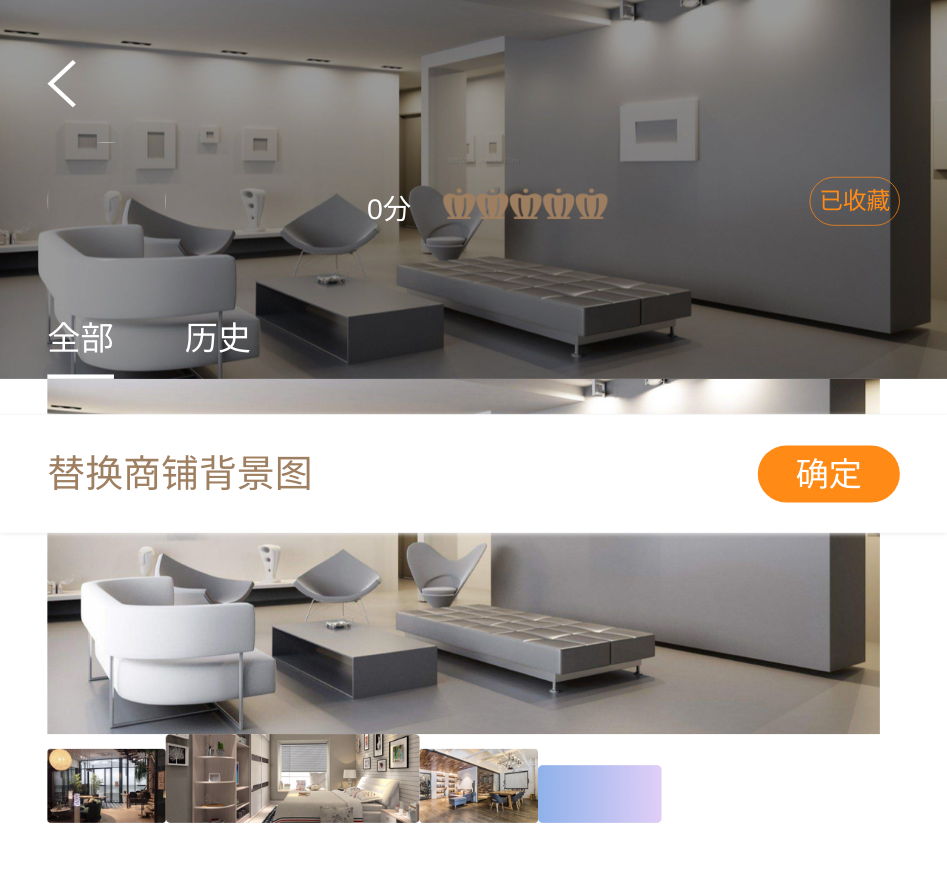
Repository: missing-star/rockBridge
Page: shop-set-bg.html
An editor plug-in stored every save of this project. The page is shown before and after the next save, followed by the edit.
The browser window is 1280 px wide. The pictures show the whole page, at 74% of full size.

Above is the page before, as saved 2019-05-16 17:48:40.

### shop-set-bg.html
<!DOCTYPE html>
<html lang="en">

<head>
    <meta charset="UTF-8">
    <meta name="viewport" content="width=device-width, initial-scale=1.0, user-scalable=no,maximum-scale=1.0">
    <meta http-equiv="X-UA-Compatible" content="ie=edge">
    <meta http-equiv="Expires" content="0">
    <meta http-equiv="Pragma" content="no-cache">
    <meta http-equiv="Cache-control" content="no-cache">
    <meta http-equiv="Cache" content="no-cache">
    <link rel="stylesheet" href="assets/mui/css/mui.min.css?v=1.2.6">
    <link rel="stylesheet" href="css/common.css?v=1.2.6">
    <link rel="stylesheet" href="css/shop-detail.css?v=1.2.6">
    <title>叠石桥</title>
    <!--
        店铺详情
    -->
</head>

<body>
    <div id="app">
        <!--顶部搜索栏-->
        <header class="mui-bar mui-bar-nav" :style="currentBg">
            <div class="bg-black">
                <div class="search-group">
                    <i onclick="goBack()" class="mui-icon mui-icon-arrowleft"></i>
                </div>
                <div class="shop-info">
                    <img :src="shopInfo.images" alt="" class="shop-logo">
                    <div class="shop-title">
                        <p class="shop-name">{{shopInfo.title}}</p>
                        <p class="shop-level">
                            <span class="shop-score">{{score}}分</span>
                            <span class="shop-level-icon">
                                <img v-for="n in score" class="img-level" src="imgs/crown-active.png" alt="">
                                <img class="img-level" v-for="n in (5-score)" src="imgs/crown.png" alt="">
                            </span>
                        </p>
                    </div>
                    <button class="follow active">
                        已收藏
                    </button>
                </div>
                <ul class="tab-list">
                    <li class="tab-item active" data-tab-id="0">全部</li>
                    <li class="tab-item" data-tab-id="1">历史</li>
                </ul>
            </div>
        </header>
        <div class="mui-content">
            <div class="tab-content" :class="{active:showTab == 0}">
                <img v-for="index in bgList" :src="getBg(index)" class="preview-item">
            </div>
            <div class="tab-content goods" :class="{active:showTab == 1}">

            </div>
        </div>
        <!-- 联系商家 -->
        <div class="contact-business-wrapper">
            <p class="phone-number-wrapper">
                <span class="phone-number">替换商铺背景图</span>
            </p>
            <a href="javascript:;" @click="changeBg" class="contact-business-btn">确定</a>
        </div>
    </div>
    <script src="assets/vue/vue.min.js?v=1.2.6"></script>
    <script src="assets/jquery/jquery.min.js?v=1.2.6"></script>
    <script src="assets/mui/js/mui.min.js?v=1.2.6"></script>
    <script src="js/common.js?v=1.2.6"></script>
    <script src="js/shop-set-bg.js"></script>
</body>

</html>

### css/common.css
html,
body,
.mui-content {
    font-size: calc(100vw / 20);
    background: #ffffff;
}
*{
    word-break: break-all;
}
div.mui-content {
    padding: 1rem;
}

header.mui-bar.mui-bar-nav {
    background: #ffffff;
    -webkit-box-shadow: none;
            box-shadow: none;
}

nav.mui-bar.mui-bar-tab {
    background: #ffffff;
    -webkit-box-shadow: 0 0 6px 0 rgba(0, 0, 0, 0.15);
            box-shadow: 0 0 6px 0 rgba(0, 0, 0, 0.15);
}

nva.mui-bar-tab span.mui-tab-label {
    color: #9d7e60;
}

.mui-bar-tab .mui-tab-item.mui-active {
    color: #5f4831;
}

img.mui-icon.nav-bar-icon.active {
    display: inline;
}

img.mui-icon.nav-bar-icon {
    display: none;
}

p {
    margin: 0;
}

input[type=color],
input[type=date],
input[type=datetime-local],
input[type=datetime],
input[type=email],
input[type=month],
input[type=number],
input[type=password],
input[type=search],
input[type=tel],
input[type=text],
input[type=time],
input[type=url],
input[type=week],
select,
textarea {
    margin-bottom: 0;
    width: auto;
    height: auto;
    border: none;
    -webkit-box-flex: 1;
        -ms-flex: 1;
            flex: 1;
    font-size: 0.8rem;
}

input::-webkit-input-placeholder {
    color: #c2c2c2;
}

nav.mui-bar.mui-bar-tab a.mui-tab-item {
    -ms-touch-action: none;
        touch-action: none;
    height: 100%;
}

nav.mui-bar.mui-bar-tab {
    height: 3rem;
}

.mui-bar-tab .mui-tab-item .mui-icon {
    top: 3px;
    width: 1.2rem;
    height: 1.2rem;
    padding-top: 0;
    padding-bottom: 0;
    margin-bottom: 0.1rem;
}

.mui-bar-tab .mui-tab-item .mui-icon~.mui-tab-label {
    font-size: 0.5rem;
    line-height: 1rem;
}

.mui-bar-tab~.mui-content {
    padding-top: 2.5rem;
    padding-bottom: 3rem;
}

button.submit {
    background: #9d7e60;
    width: 100%;
    border: none;
    border-radius: 1rem;
    font-size: 1rem;
    line-height: 1rem;
    color: #fff;
    margin-top: 1rem;
    height: 2rem;
}

button.mui-btn.mui-btn-blue.mui-poppicker-btn-ok,
button.mui-btn.mui-btn-blue {
    color: #ff8b16;
    background: transparent;
    border: none;
    font-size: 1rem;
}

.mui-poppicker-header,
.mui-dtpicker-header {
    border-radius: 0.3rem 0.3rem 0 0;
}

button.mui-btn.mui-poppicker-btn-cancel,
.mui-dtpicker-header button {
    color: #aaaaaa;
    border: none;
    background: transparent;
    font-size: 1rem;
}

button.mui-btn.mui-poppicker-btn-cancel>img,
.mui-dtpicker-header button>img {
    width: 1rem;
}

.mui-picker-inner,
.mui-picker {
    background: #fcfcfc;
    -webkit-mask-box-image: none;
    border-radius: 0 0 0.3rem 0.3rem;
}

.mui-poppicker-body {
    border: none;
    border-radius: 0 0 0.3rem 0.3rem;
}

button.mui-btn {
    color: #aaaaaa;
    border-color: #aaaaaa;
}

.mui-dtpicker-header {
    background: #ffffff;
}

.mui-dtpicker-title h5 {
    display: none;
}

span.mui-popup-button.mui-popup-button-bold {
    color: #FF8B16;
}

span.mui-popup-button {
    color: #aaaaaa;
}

[v-cloak] {
    display: none !important;
}

.mui-poppicker.mui-active,
.mui-dtpicker.mui-active {
    margin: 0.5rem;
    width: calc(100% - 1rem);
    border-radius: 0.3rem;
}

.popicker-title,
.dt-popicker-title {
    -webkit-box-flex: 1;
        -ms-flex: 1;
            flex: 1;
    text-align: center;
    font-size: 1rem;
    color: #000000;
}

.mui-poppicker-header,
.mui-dtpicker-header {
    display: -webkit-box;
    display: -ms-flexbox;
    display: flex;
    -webkit-box-align: center;
        -ms-flex-align: center;
            align-items: center;
    -webkit-box-pack: justify;
        -ms-flex-pack: justify;
            justify-content: space-between;
    background: #eeeeee;
}

.mui-pciker-list li {
    color: #b19c88;
}

.mui-pciker-list li.highlight {
    color: #5f4831;
}

.mui-pciker-rule-ft {
    z-index: 2;
    border-top: solid 1px #ced7de;
    border-bottom: solid 1px #ced7de;
}


input::-webkit-outer-spin-button,
input::-webkit-inner-spin-button {

    -webkit-appearance: none !important;
}

input[type="number"] {
    -moz-appearance: textfield;
}
.ellipsis{
    white-space: nowrap;
    overflow: hidden;
    text-overflow: ellipsis;
}
/* 联系商家 */
.contact-business-wrapper {
    position: fixed;
    bottom: 0;
    width: 100%;
    height: 2.5rem;
    background: #FFFFFF;
    border-top: 1px solid #f6f6f6;
    -webkit-box-shadow: 0 2px 6px 0 #EBEBEB;
            box-shadow: 0 2px 6px 0 #EBEBEB;
    display: -webkit-box;
    display: -ms-flexbox;
    display: flex;
    -webkit-box-align: center;
        -ms-flex-align: center;
            align-items: center;
    -webkit-box-pack: justify;
        -ms-flex-pack: justify;
            justify-content: space-between;
    padding: 0 1rem;
}
span.phone-number {
    color: #9e7f62;
    font-size: 0.8rem;
}
a.contact-business-btn {
    background: #ff8a16;
    color: #fff;
    font-size: 0.7rem;
    border-radius: 1rem;
    padding: 0.1rem 0.8rem;
    line-height: 1rem;
}
p.phone-number-wrapper {
    display: -webkit-box;
    display: -ms-flexbox;
    display: flex;
    -webkit-box-align: center;
        -ms-flex-align: center;
            align-items: center;
    -webkit-box-pack: justify;
        -ms-flex-pack: justify;
            justify-content: space-between;
    min-width: 28%;
}
img.phone-icon {
    width: 1rem;
}

### css/shop-detail.css
header.mui-bar.mui-bar-nav {
    height: 8rem;
    background-repeat: no-repeat;
    background-size: cover;
    padding: 0;
}

.mui-bar-nav.mui-bar .mui-icon {
    margin-left: -0.5rem;
    padding: 0;
    font-size: 1.6rem;
    color: #FFFFFF;
}
input.search-input {
    background-image: url(../imgs/search.png);
    background-repeat: no-repeat;
    background-position: 0.5rem;
    background-size: 0.8rem;
    margin: 0;
    margin: 0 1rem;
    -webkit-box-shadow: 0 0 6px 0 rgba(0,0,0,0.15);
            box-shadow: 0 0 6px 0 rgba(0,0,0,0.15);
    border-radius: 1rem;
    padding-left: 1.5rem;
    font-size: 0.8rem;
    height: 100%;
    text-align: center;
}
.notice-container {
    position: relative;
    width: 2.5rem;
    display: -webkit-box;
    display: -ms-flexbox;
    display: flex;
    -webkit-box-align: center;
        -ms-flex-align: center;
            align-items: center;
}

img.notice-icon {
    width: 0.5rem;
}
.search-group {
    width: 100%;
    display: -webkit-box;
    display: -ms-flexbox;
    display: flex;
    -webkit-box-align: center;
        -ms-flex-align: center;
            align-items: center;
    -webkit-box-pack: justify;
        -ms-flex-pack: justify;
            justify-content: space-between;
    height: 1.5rem;
}
.bg-black {
    width: 100%;
    height: 100%;
    background: rgba(0,0,0,0.4);
    padding: 1rem;
    position: relative;
}
.shop-info {
    display: -webkit-box;
    display: -ms-flexbox;
    display: flex;
    -webkit-box-align: center;
        -ms-flex-align: center;
            align-items: center;
    height: 3.5rem;
    -webkit-box-pack: justify;
        -ms-flex-pack: justify;
            justify-content: space-between;
}
img.shop-logo {
    width: 2.5rem;
    height: 2.5rem;
    border-radius: 50%;
}
img.img-level {
    width: 0.7rem;
}
p.shop-name {
    color: #fff;
    font-size: 0.8rem;
    line-height: 0.8rem;
}
p.shop-level {
    color: #fff;
    font-size: 0.6rem;
    margin-top: 0.2rem;
    line-height: 0.6rem;
}
button.follow {
    background: transparent;
    border-radius: 1rem;
    color: #fff;
    font-size: 0.5rem;
    line-height: 0.8rem;
}
span.shop-level-icon {
    margin-left: 0.5rem;
}
ul.tab-list {
    margin: 0;
    padding: 0;
    list-style: none;
    color: #fff;
    display: -webkit-box;
    display: -ms-flexbox;
    display: flex;
    -webkit-box-align: center;
        -ms-flex-align: center;
            align-items: center;
    height: 1.2rem;
    position: absolute;
    bottom: 0;
}
li.tab-item {
    margin-right: 1.5rem;
    position: relative;
    height: 100%;
    line-height: 0.7rem;
    font-size: 0.7rem;
}
li.tab-item.active:after{
    content: '';
    width:100%;
    background: #fff;
    height: 0.1rem;
    position: absolute;
    bottom: 0;
    left: 0;
}
.slider, .slider-business {
    white-space: nowrap;
    overflow: hidden;
    overflow-x: scroll;
}
.slider-business-item {
    display: inline-block;
    width: 5rem;
    border-radius: 6px;
    margin-right: 10px;
    text-align: center;
}
.slider-business::-webkit-scrollbar{
    width: 0;
    height: 0;
}
.slider-business-item img {
    width: 100%;
    border-radius: 6px;
    height: 5rem;
}
p.business-item-title {
    margin-top: 0.5rem;
    font-size: 0.8rem;
    color: #333;
    line-height: 0.8rem;
    margin-bottom: 0.5rem;
}
p.business-item-content {
    font-size: 0.6rem;
    line-height: 0.6rem;
    color:#fb8433;
}
.mui-bar-nav~.mui-content{
    padding-top: 8rem;
}
p.business-top-title,p.class-title {
    font-size: 0.8rem;
    padding: 1rem 0;
    color: #000;
}
div.have-good-goods {
    display: -webkit-box;
    display: -ms-flexbox;
    display: flex;
    -webkit-box-align: center;
        -ms-flex-align: center;
            align-items: center;
    -ms-flex-wrap: wrap;
        flex-wrap: wrap;
    -webkit-box-pack: justify;
        -ms-flex-pack: justify;
            justify-content: space-between;
}
.goods-item {
    width: 48%;
    margin-bottom: 1rem;
}
img.goods-img {
    width: 100%;
    height: calc(48vw - 1rem);
    border-radius: 0.2rem;
}
.goods-info>p:first-child {
    margin: 0.2rem 0;
    font-size: 0.6rem;
    line-height: 0.8rem;
}
.goods-info>p {
    font-size: 0.8rem;
    line-height: 0.8rem;
    display: -webkit-box;
    display: -ms-flexbox;
    display: flex;
    -webkit-box-align: center;
        -ms-flex-align: center;
            align-items: center;
    -webkit-box-pack: justify;
        -ms-flex-pack: justify;
            justify-content: space-between;
}
span.eye-container {
    display: -webkit-inline-box;
    display: -ms-inline-flexbox;
    display: inline-flex;
    -webkit-box-align: center;
        -ms-flex-align: center;
            align-items: center;
}
img.view-num {
    width: 1rem;
    margin-right: 0.2rem;
}
button.reserve {
    background: #9d7e60;
    border: none;
    border-radius: 1rem;
    color: #fff;
    padding: 0 0.3rem;
    font-size: 0.6rem;
    line-height: 1rem;
}
.bottom-line {
    width: 100%;
    color: #aaa;
    font-size: 0.8rem;
    text-align: center;
    height: 2rem;
    margin-bottom: 0.5rem;
}
button.follow.active {
    color: #ff8b16;
    border-color: #ff8b16;
}

/**搜索页样式*/
div.search-page.active{
    -webkit-animation: slideIn 0.2s ease;
            animation: slideIn 0.2s ease;
    -webkit-animation-fill-mode: forwards;
            animation-fill-mode: forwards;
}
@-webkit-keyframes slideIn{
    from{
        left:100%
    }
    to{
        left:0
    }
}
@keyframes slideIn{
    from{
        left:100%
    }
    to{
        left:0
    }
}
div.search-page {
    position: fixed;
    left: 100%;
    top: 0;
    width: 100%;
    height: 100%;
    z-index: 99;
    background: #fff;
}
div.search-page.slide-out{
    -webkit-animation: slideOut 0.2s ease;
            animation: slideOut 0.2s ease;
    -webkit-animation-fill-mode: forwards;
            animation-fill-mode: forwards;
}
@-webkit-keyframes slideOut{
    from{
        left:0
    }
    to{
        left:100%
    }
}
@keyframes slideOut{
    from{
        left:0
    }
    to{
        left:100%
    }
}
div.search-page>header {
    padding: 15px;
    display: -webkit-box;
    display: -ms-flexbox;
    display: flex;
    -webkit-box-align: center;
        -ms-flex-align: center;
            align-items: center;
    -webkit-box-pack: justify;
        -ms-flex-pack: justify;
            justify-content: space-between;
}
img.icon-back {
    width: 0.6rem;
}
span.cancel-search {
    white-space: nowrap;
    color: #333;
    padding: 0.5rem 0;
    font-size: 0.8rem;
}
p.business-detail>span:first-child{
	font-size: 0.8rem;
	line-height: 0.8rem;
    margin-bottom: 0.2rem;
    display: -webkit-box;
    display: -ms-flexbox;
    display: flex;
    -webkit-box-align: center;
        -ms-flex-align: center;
            align-items: center;
}

p.business-detail>span:last-child{
	font-size: 0.6rem;
	line-height: 0.6rem;
}

ul.tab-bar {
    margin: 0;
    list-style: none;
    padding-left: 15px;
}

li.tab-bar-item{
    display: inline-block;
    text-align: center;
    color:#888888;
    font-size: 0.8rem;
    width: 3rem;
    height: 1.5rem;
    position: relative;
    margin-right: 1rem;
    line-height: 0.9rem;
}
li.tab-bar-item.active{
    color:#5e452d;
}
li.tab-bar-item.active:after {
    content: '';
    width: 100%;
    height: 3px;
    position: absolute;
    bottom: 0;
    left: 0;
    background: #5e452d;
}
header.history-header,header.hot-header {
    margin-top: 1rem;
    display: -webkit-box;
    display: -ms-flexbox;
    display: flex;
    -webkit-box-align: center;
        -ms-flex-align: center;
            align-items: center;
    -webkit-box-pack: justify;
        -ms-flex-pack: justify;
            justify-content: space-between;
    padding: 0 15px;
}
p.search-history-title,p.search-hot-title {
    font-size: 0.7rem;
}
img.icon-delete {
    width: 0.8rem;
}
ul.history-list ,ul.hot-list{
    list-style: none;
    margin-top: 1rem;
    padding: 0 15px;
}
li.list-item {
    display: inline-block;
    padding: 0.2rem 1rem;
    background: #f6f6f6;
    border-radius: 100px;
    color:#666666;
    font-size: 0.6rem;
    margin-right: 0.6rem;
    margin-bottom: 0.4rem;
}
.input-group {
    position: relative;
    -webkit-box-flex: 1;
        -ms-flex: 1;
            flex: 1;
    margin: 0 1rem;
    height: 1.5rem;
}
img.clear-icon {
    position: absolute;
    top: 0.3rem;
    right: 0.4rem;
    width: 0.8rem;
}
input.search-page-input {
    height: 100%;
    background: url(../imgs/search.png) no-repeat;
    background-position: 0.2rem;
    background-size: 0.8rem;
    margin: 0;
    -webkit-box-shadow: 0 0 6px 0 rgba(0,0,0,0.15);
            box-shadow: 0 0 6px 0 rgba(0,0,0,0.15);
    border-radius: 1rem;
    padding-left: 1.3rem;
    font-size: 0.6rem;
    width: 100%;
}
p.name {
    color: #333333;
    text-align: center;
    font-size: 0.8rem;
    line-height: 1rem;
}
p.price {
    color: #ff4404;
    text-align: center;
    font-size: 0.6rem;
    line-height: 1rem;
}
.tab-content {
    display: none;
}
.tab-content.active {
    display: block;
}
.tab-content.goods.active {
    padding-top: 1rem;
}
.comments-score {
    display: -webkit-box;
    display: -ms-flexbox;
    display: flex;
    -webkit-box-align: center;
        -ms-flex-align: center;
            align-items: center;
    -webkit-box-pack: justify;
        -ms-flex-pack: justify;
            justify-content: space-between;
}
img.comments-icon {
    width: 0.75rem;
    margin: 0 0.1rem;
}
.score-show,.star-container,.good-percent {
    -webkit-box-shadow: 0px 2px 6px 0px rgba(0,0,0,0.15);
            box-shadow: 0px 2px 6px 0px rgba(0,0,0,0.15);
    display: -webkit-box;
    display: -ms-flexbox;
    display: flex;
    -webkit-box-align: center;
        -ms-flex-align: center;
            align-items: center;
    -webkit-box-pack: center;
        -ms-flex-pack: center;
            justify-content: center;
    -webkit-box-orient: vertical;
    -webkit-box-direction: normal;
        -ms-flex-direction: column;
            flex-direction: column;
    padding: 0.5rem;
    border-radius: 5px;
    min-height: 3.7rem;
}
.score-show>p.score,.good-percent>p.number {
    color: #ff8b16;
    font-size: 1.2rem;
    line-height: 1.2rem;
}
.score-show>p.title,.good-percent>p.title {
    color: #333333;
    font-size: 0.7rem;
    line-height: 1rem;
    margin-top: 0.2rem;
}
p.score-star {
    margin-top: 0.02rem;
}
.star-container {
    -webkit-box-flex: 1;
        -ms-flex: 1;
            flex: 1;
    margin: 0 0.3rem;
}
.star-container>p {
    font-size: 0.7rem;
    color: #333333;
}
img.user-logo {
    width: 2.5rem;
    height: 2.5rem;
    border-radius: 50%;
}
ul.comments-list {
    list-style: none;
    padding: 0;
}
.user-info {
    display: -webkit-box;
    display: -ms-flexbox;
    display: flex;
    -webkit-box-align: center;
        -ms-flex-align: center;
            align-items: center;
    -webkit-box-pack: justify;
        -ms-flex-pack: justify;
            justify-content: space-between;
    border-bottom: 1px solid #eeeeee;
    padding-bottom: 0.2rem;
}
.left-part {
    display: -webkit-box;
    display: -ms-flexbox;
    display: flex;
    -webkit-box-align: center;
        -ms-flex-align: center;
            align-items: center;
    -webkit-box-pack: justify;
        -ms-flex-pack: justify;
            justify-content: space-between;
}
p.user-nickname {
    display: -webkit-box;
    display: -ms-flexbox;
    display: flex;
    -webkit-box-orient: vertical;
    -webkit-box-direction: normal;
        -ms-flex-direction: column;
            flex-direction: column;
    padding-left: 0.5rem;
}
img.like-icon {
    width: 0.6rem;
}
p.like {
    font-size: 0.75rem;
    line-height: 1rem;
    color: #333333;
    display: -webkit-box;
    display: -ms-flexbox;
    display: flex;
    -webkit-box-align: center;
        -ms-flex-align: center;
            align-items: center;
    -webkit-box-pack: end;
        -ms-flex-pack: end;
            justify-content: flex-end;
}
span.username {
    color: #333333;
    font-size: 0.8rem;
    line-height: 1rem;
}
span.score {
    color: #aaaaaa;
    font-size: 0.6rem;
    line-height: 1rem;
}
p.show-date {
    color: #aaaaaa;
    font-size: 0.75rem;
    line-height: 1rem;
}
span.like-num {
    padding-left: 0.2rem;
    padding-top: 0.2rem;
}
.comments-content {
    padding-top: 0.5rem;
    font-size: 0.7rem;
    line-height: 1rem;
    color: #333333;
}
.shop-reply {
    background: #eeeeee;
    font-size: 0.7rem;
    margin-top: 0.5rem;
    line-height: 1rem;
    border-radius: 0.2rem;
    padding: 0.2rem;
    color:#aaaaaa;
}
li.comments-item{
    position: relative;
    margin-bottom: 2rem;
}
li.comments-item:after {
    content: '';
    position: absolute;
    background: #f6f6f6;
    height: 4px;
    width: 100%;
    bottom: -1rem;
}
button.comments-btn {
    position: fixed;
    bottom: 0;
    left: 0;
    width: 100vw;
    font-size: 0.9rem;
    line-height: 1.2rem;
    border: none;
    background: #9d7e60;
    border-radius: 0px;
    color: #ffffff;
    padding: 0.5rem;
}
.show-imgs {
    display: -webkit-box;
    display: -ms-flexbox;
    display: flex;
    -webkit-box-align: center;
        -ms-flex-align: center;
            align-items: center;
    margin-top: 0.5rem;
}
img.show-img-item {
    width: 30%;
    margin: 0 1%;
    height: 5rem;
    border-radius: 0.2rem;
}

Loaded but not shown: assets/mui/css/mui.min.css (library); assets/vue/vue.min.js (library); assets/jquery/jquery.min.js (library); assets/mui/js/mui.min.js (library); js/common.js (220 lines, source omitted); js/shop-set-bg.js (74 lines, source omitted)

After the next save:
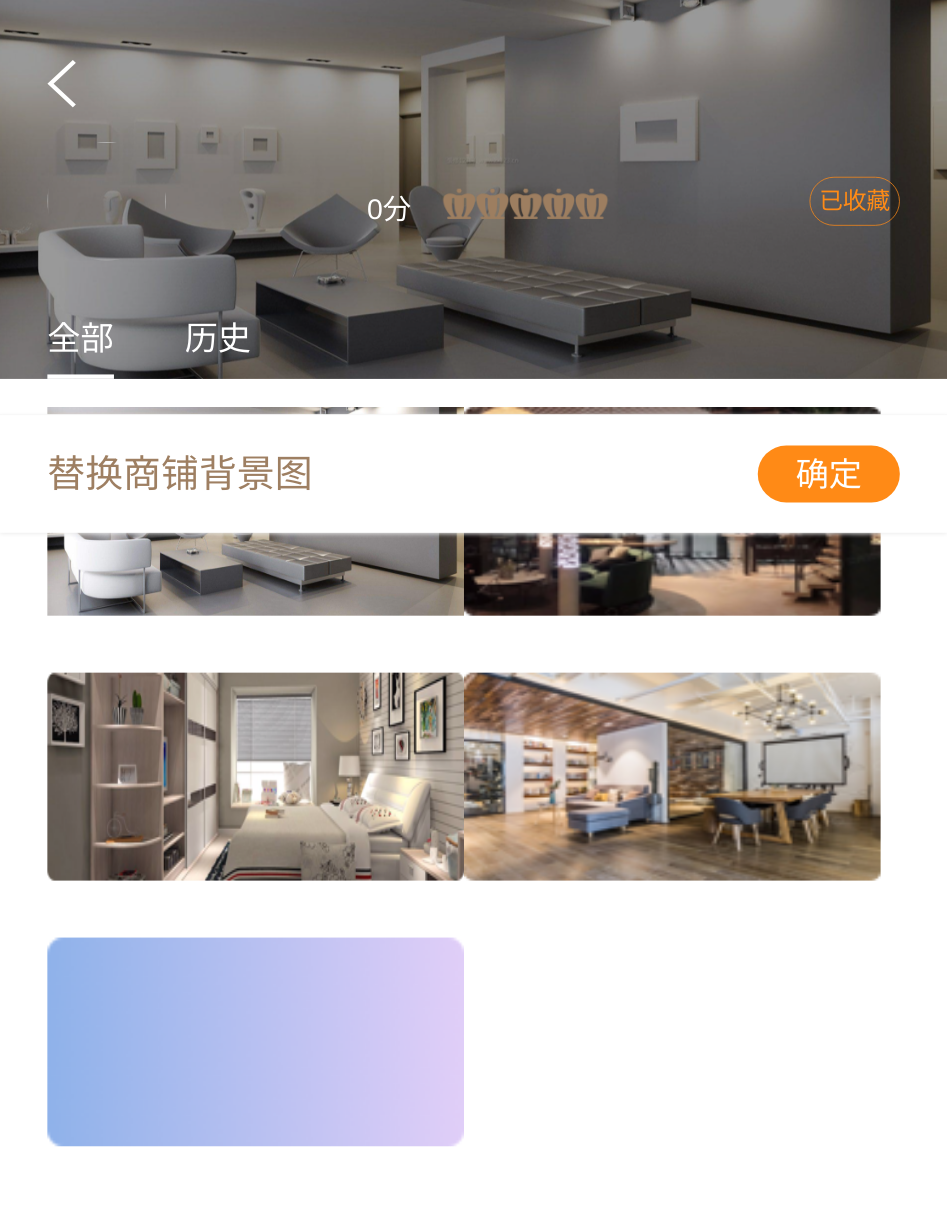
Saved 103 s later.
--- a/css/shop-detail.css
+++ b/css/shop-detail.css
@@ -643,3 +643,8 @@ img.show-img-item {
     height: 5rem;
     border-radius: 0.2rem;
 }
+img.preview-item {
+    width: 44vw;
+    height: 22vw;
+    margin: 3vw 0;
+}

After the save that followed:
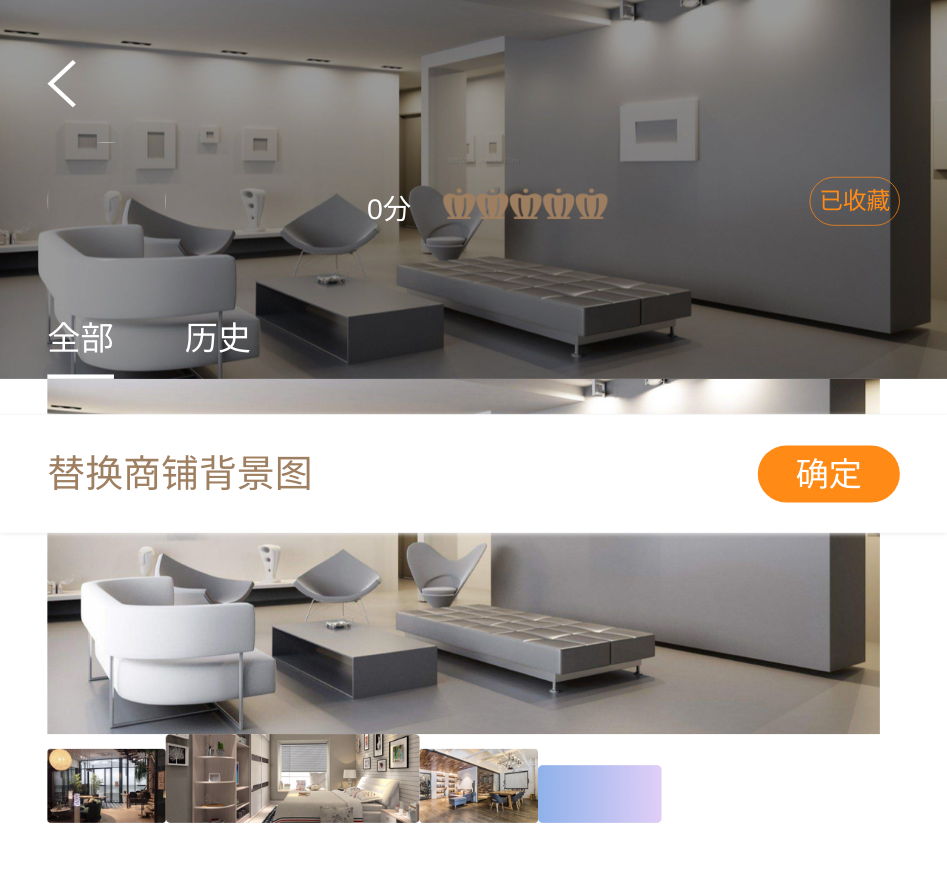
Saved 27 s later.
--- a/css/shop-detail.css
+++ b/css/shop-detail.css
@@ -643,8 +643,3 @@ img.show-img-item {
     height: 5rem;
     border-radius: 0.2rem;
 }
-img.preview-item {
-    width: 44vw;
-    height: 22vw;
-    margin: 3vw 0;
-}
